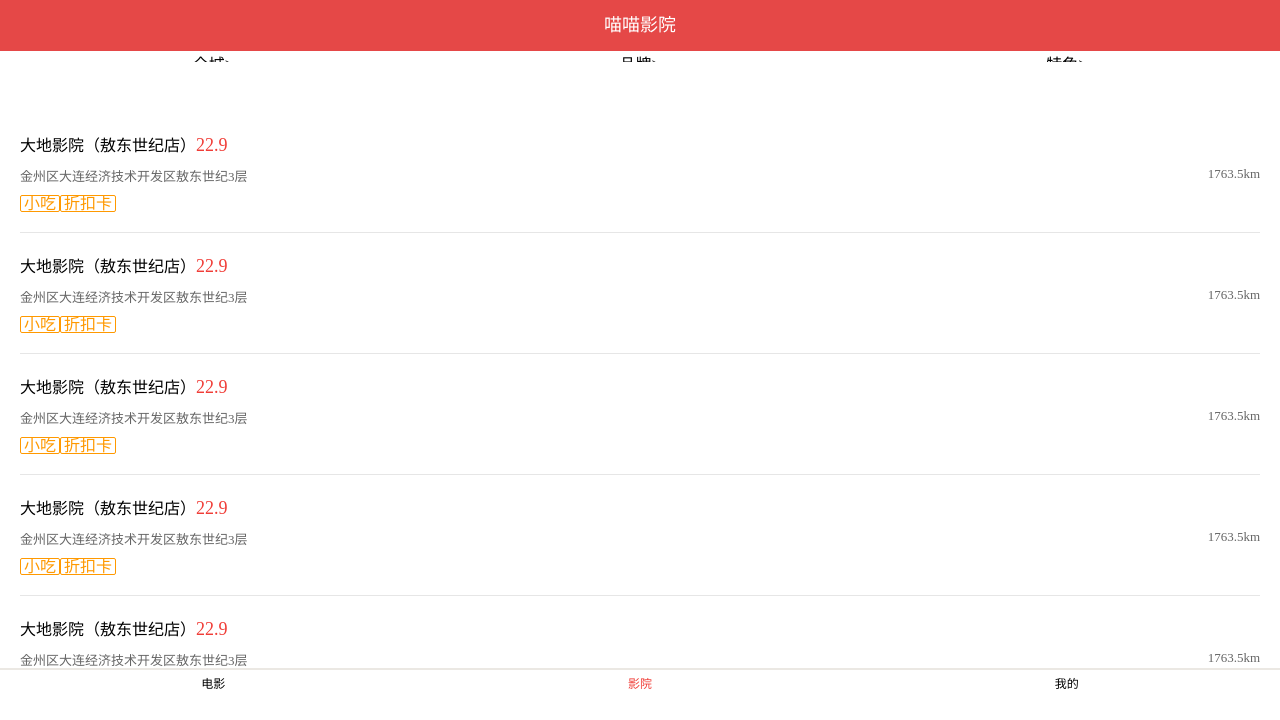
Repository: X-J-0/miaomiao_film
Page: /cinema (app in miaomiao/)
These files come from the project's save history. The page is drawn as it stood at one moment and after the next save; the edit follows.
The browser window is 1280 px wide. The pictures show the whole page.
The project was rebuilt for these pictures with package versions that can differ from the ones it lists, and the page was loaded fresh each time. Also part of the build but not shown: miaomiao/src/components/Allocate/index.vue. Imported but missing from the stored project, and not drawn on this page: miaomiao/src/components/Brand, miaomiao/src/components/Special.

Above is the page before, as saved 2020-03-24 20:02:52.

After the next save:
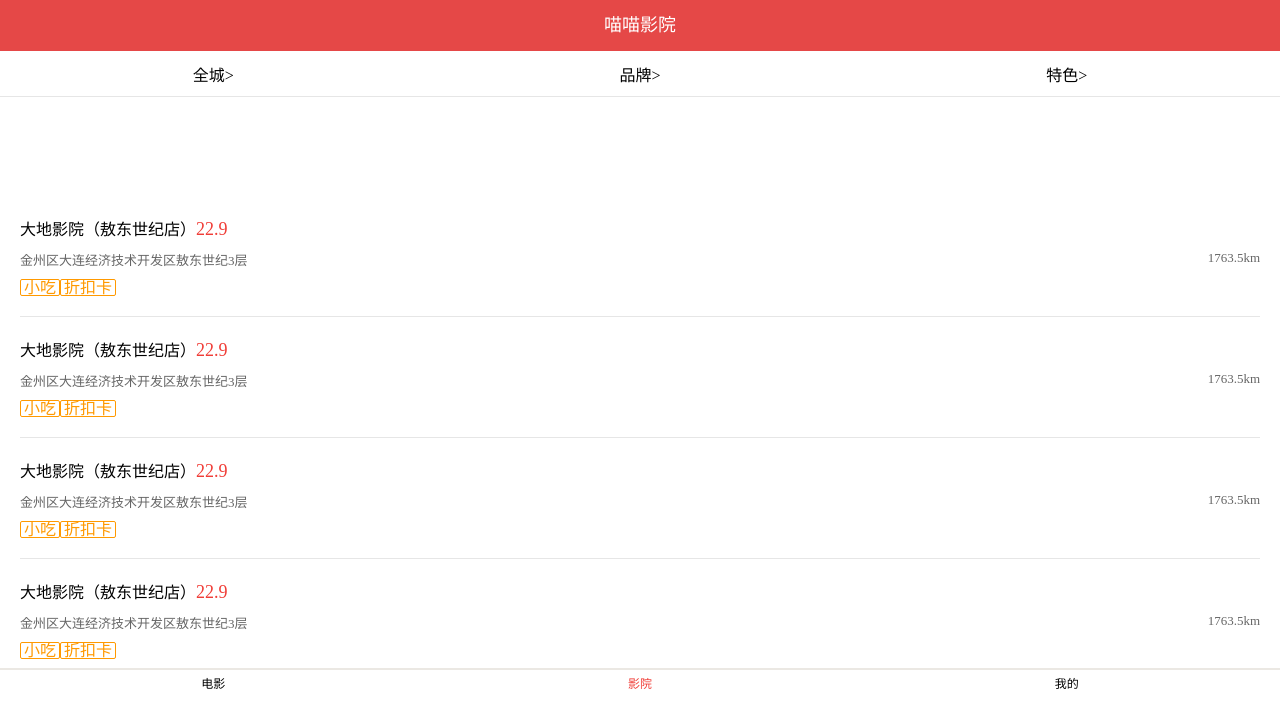
Saved 11 s later.
--- a/miaomiao/src/components/Clist/index.vue
+++ b/miaomiao/src/components/Clist/index.vue
@@ -57,16 +57,6 @@
                 <div>折扣卡</div>
             </div>
         </li>
-        <li>
-            <div>
-                <span>大地影院（敖东世纪店）</span>
-                <span class="q"><span class="price">22.9</span></span>
-            </div>
-            <div class="address">
-                <span>金州区大连经济技术开发区敖东世纪3层</span>
-                <span>1763.5km</span>
-            </div>
-        </li>
     </ul>
 </div>
 </template>
